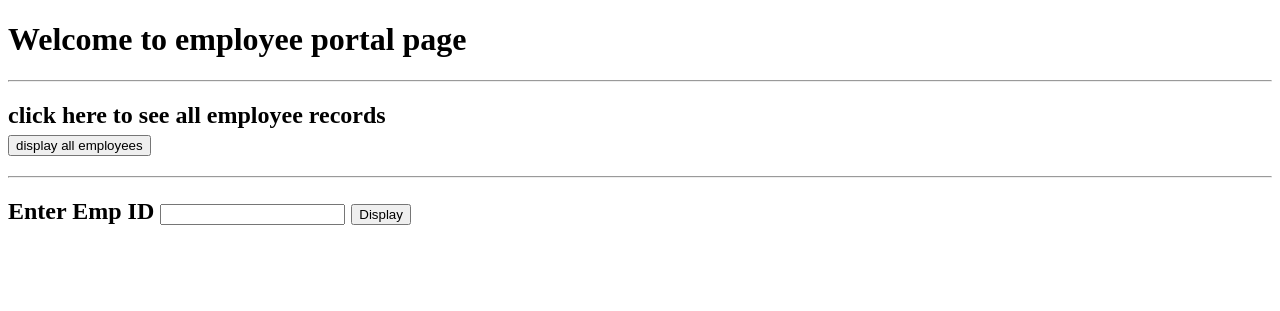
Repository: sushmasetti/Angular1
Page: http://localhost/dbDemo/welcome.jsp
The author's editor kept a copy of each file at every save. The page is drawn from the files as they stood at one save, then again after the next save.
The browser window is 1280 px wide. The pictures show the whole page.
The page is served by Tomcat 9.

Above is the page before, as saved 2019-08-17 17:28:53.

After the next save:
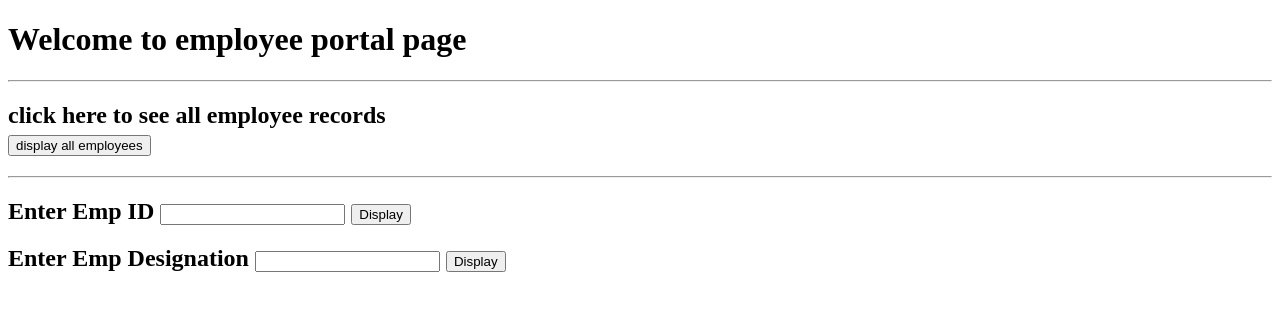
Saved 49 s later.
--- a/Spring/dbDemo/src/main/webapp/welcome.jsp
+++ b/Spring/dbDemo/src/main/webapp/welcome.jsp
@@ -22,5 +22,11 @@ Enter Emp ID <input type="text" name="eid">
 <input type="submit" name="submit" value="Display">
 </h2>
 </form>
+<form action="displayByDesignation" method="post">
+<h2>
+Enter Emp Designation <input type="text" name="designation">
+<input type="submit" name="submit" value="Display">
+</h2>
+</form>
 </body>
 </html>
